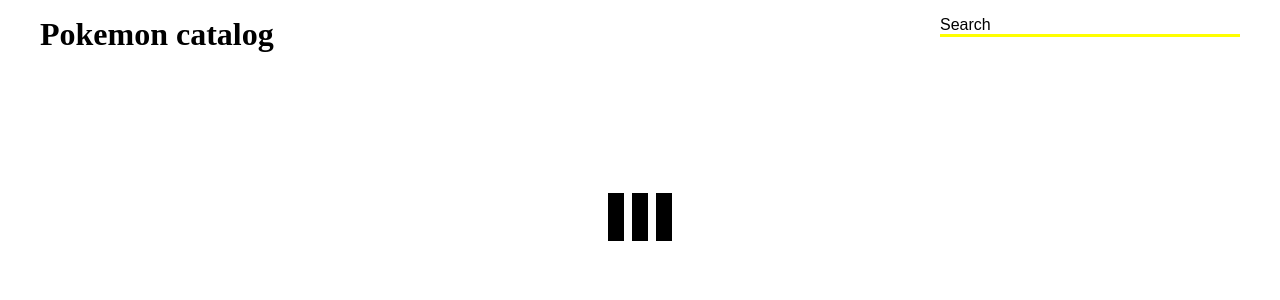
Repository: Ryszard-Penkala/pokemon-API
Page: index.html
An editor plug-in stored every save of this project. The page is shown before and after the next save, followed by the edit.
The browser window is 1280 px wide. The pictures show the whole page.
The first visible `.header-main__searching` has the focus.
The page's requests for data from a server got no answer.

Above is the page before, as saved 2020-06-28 18:13:22.

After the next save:
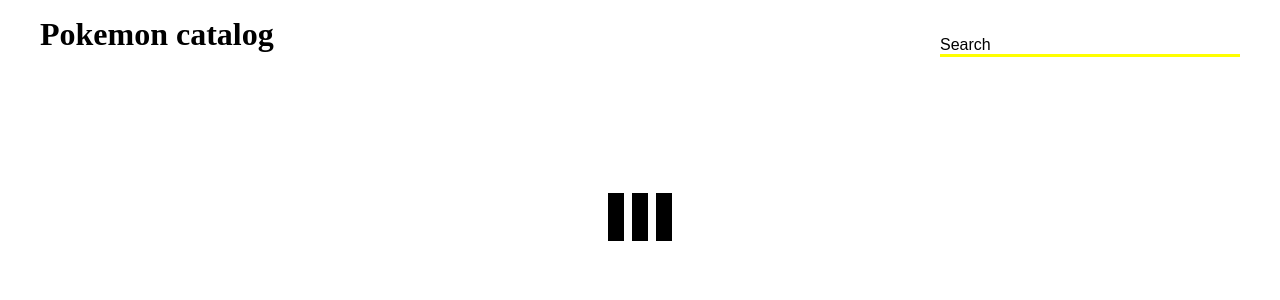
Saved 2 min 22 s later.
--- a/assets/styles/styles.css
+++ b/assets/styles/styles.css
@@ -46,6 +46,7 @@
 .header-main__searching:focus{
   outline: none;
   border-bottom: 3px solid yellow;
+  transform: translateY(20px);
 }
 
 .header-main__search-label{

After the save that followed:
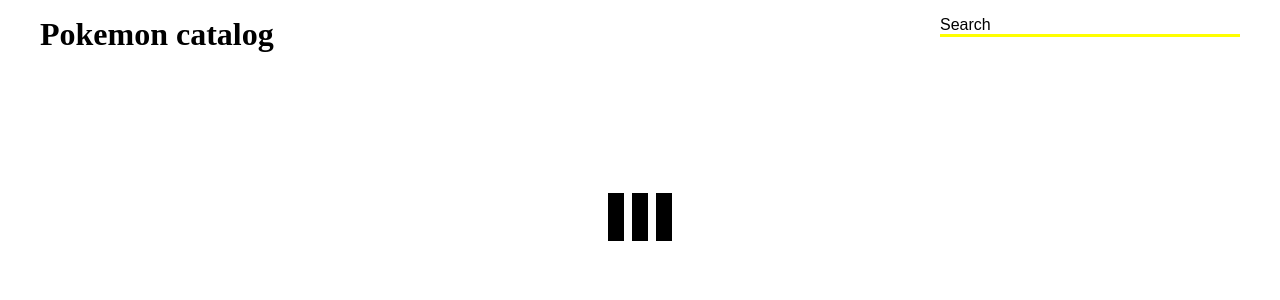
Saved 2 min 28 s later.
--- a/assets/styles/styles.css
+++ b/assets/styles/styles.css
@@ -46,7 +46,6 @@
 .header-main__searching:focus{
   outline: none;
   border-bottom: 3px solid yellow;
-  transform: translateY(20px);
 }
 
 .header-main__search-label{
